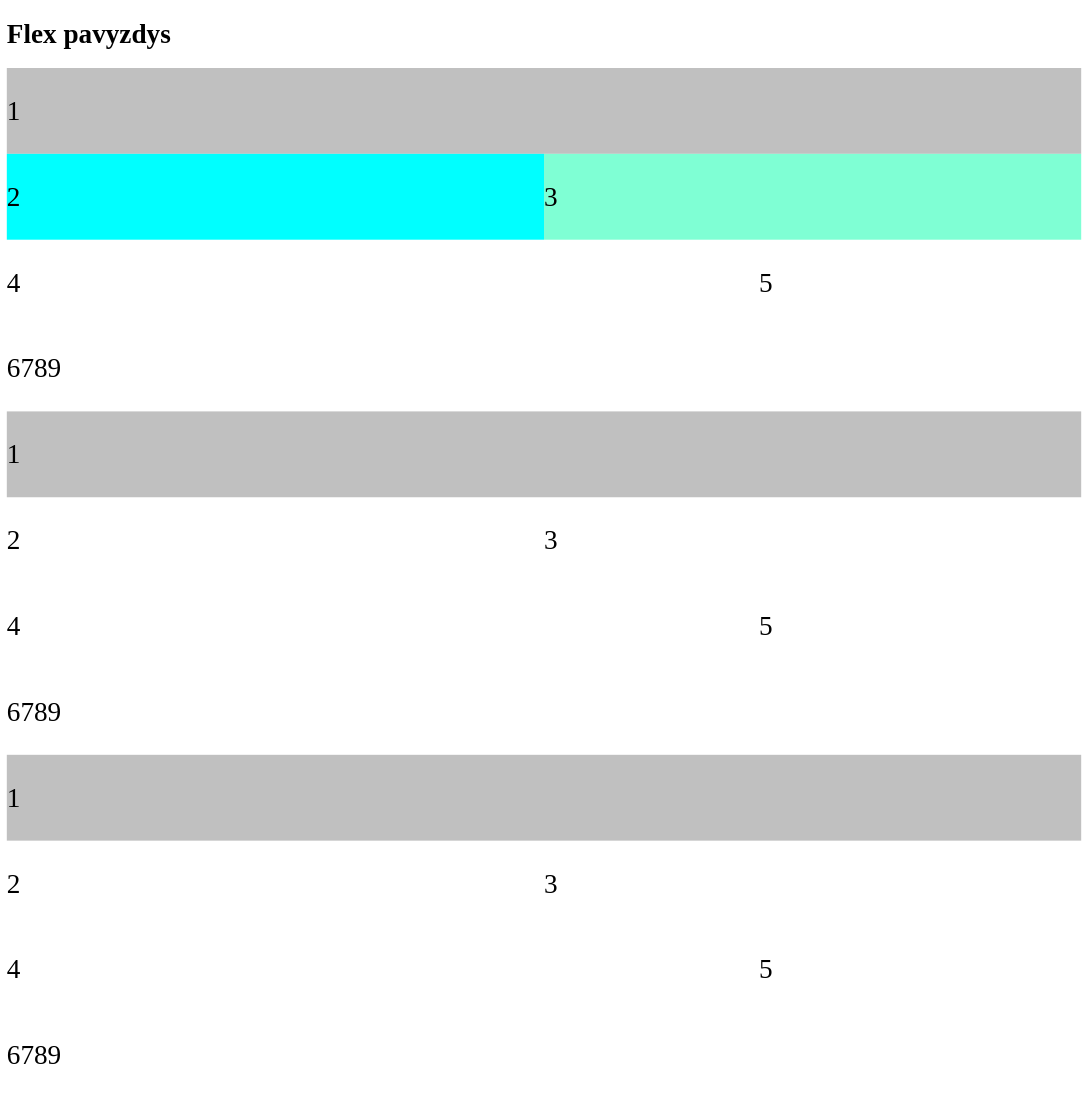
Repository: motiejus1/06-paskaita-invest
Page: index.html
The author's editor kept a copy of each file at every save. The page is drawn from the files as they stood at one save, then again after a run of saves.
The browser window is 1280 px wide. The pictures show the whole page, at 85% of full size.

Above is the page before, as saved 2021-06-09 18:40:27.

After the next 4 saves:
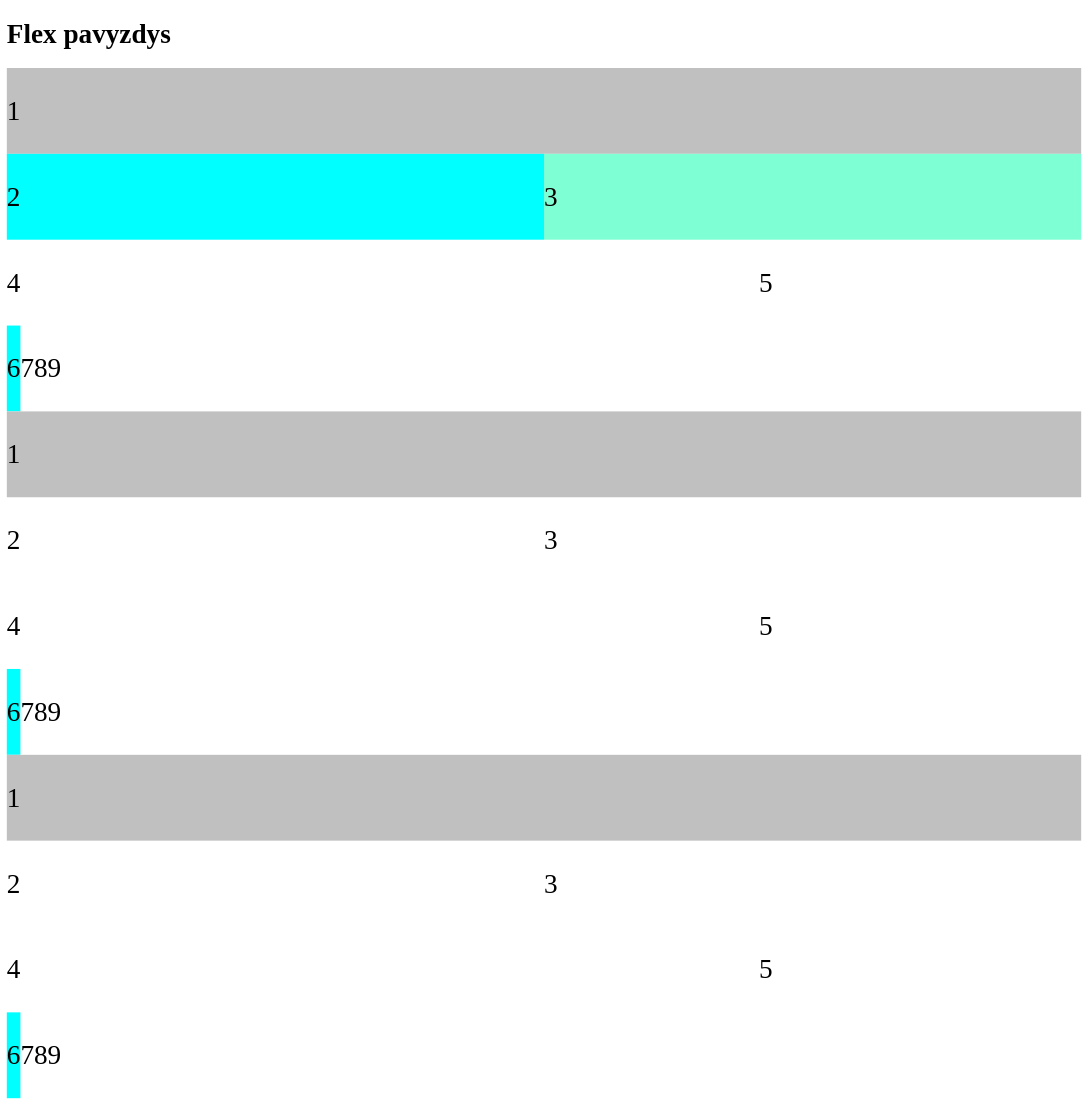
The 4 saves are shown as one change because they came seconds apart.
The last was saved 14 s later.
--- a/index.html
+++ b/index.html
@@ -28,6 +28,8 @@
         .flex-item-5 {
             width: 30%;
         }
+
+        .flex-item-6, .flex-item-6,
 
 
         .zydra {

After the save that followed:
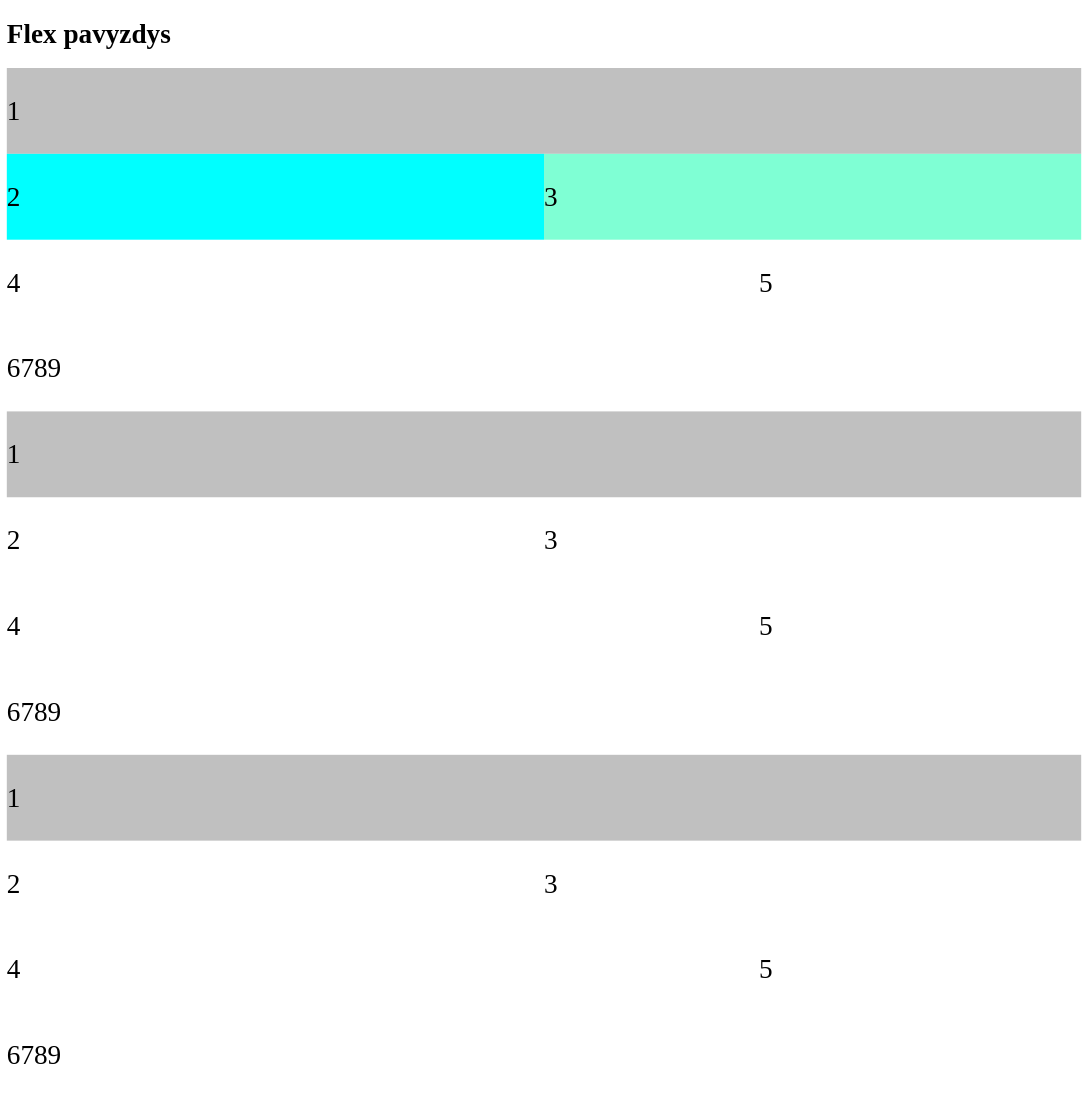
Saved 8 s later.
--- a/index.html
+++ b/index.html
@@ -29,7 +29,9 @@
             width: 30%;
         }
 
-        .flex-item-6, .flex-item-6,
+        .flex-item-6, .flex-item-7, .flex-item-8 {
+            width:
+        }
 
 
         .zydra {
